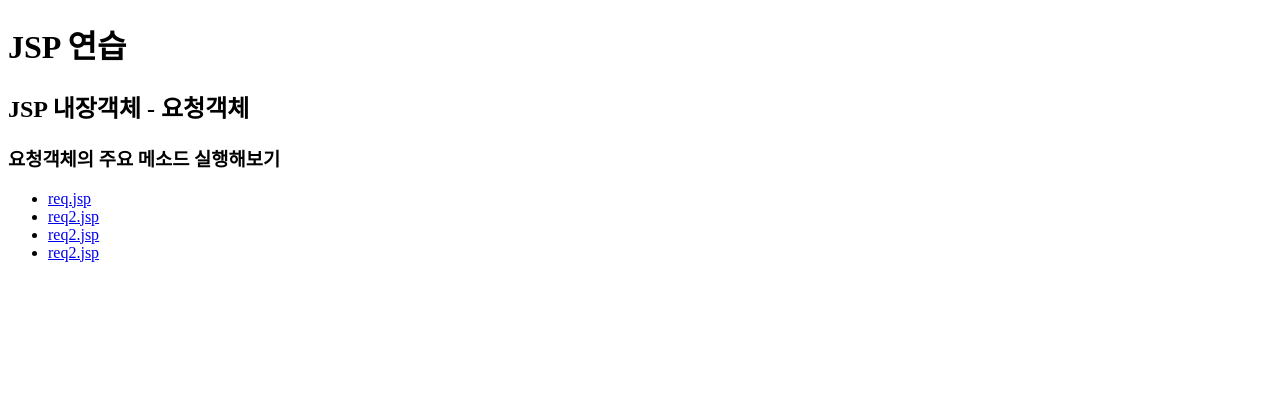
Repository: qwer1227/Jsp_study
Page: http://localhost/app/home.jsp
These files come from the project's save history. The page is drawn as it stood at one moment and after the next save; the edit follows.
The browser window is 1280 px wide. The pictures show the whole page.
The page is served by Tomcat 9.

Above is the page before, as saved 2024-08-07 00:45:14.

After the next save:
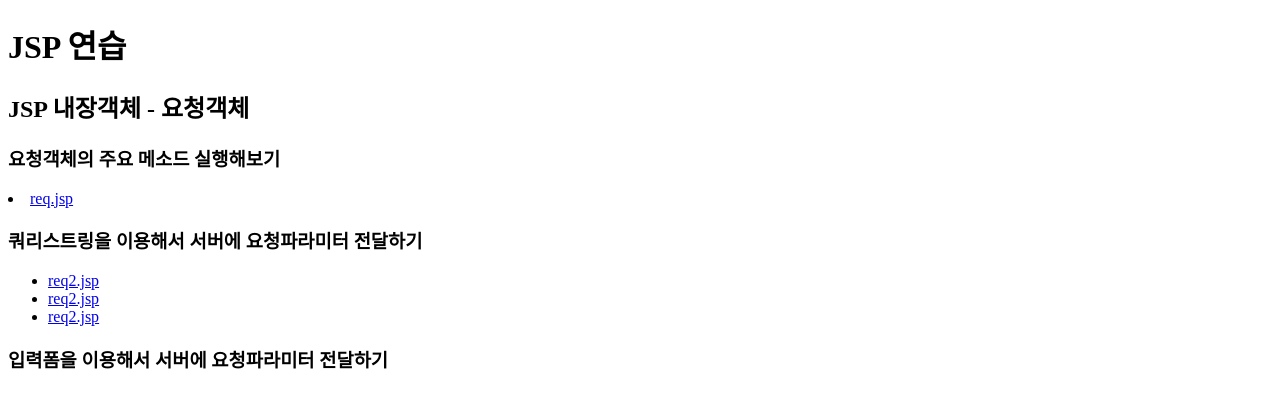
Saved 24 min 43 s later.
--- a/app/src/main/webapp/home.jsp
+++ b/app/src/main/webapp/home.jsp
@@ -11,12 +11,17 @@
 <H2>JSP 내장객체 - 요청객체</H2>
 
 <h3>요청객체의 주요 메소드 실행해보기</h3>
+<li><a href="req.jsp">req.jsp</a></li>
+<h3>쿼리스트링을 이용해서 서버에 요청파라미터 전달하기</h3>
 <ul>
-	<li><a href="req.jsp">req.jsp</a></li>
 	<li><a href="req2.jsp?opt=title&keyword=java">req2.jsp</a></li>
 	<li><a href="req2.jsp?opt=title&keyword=스프링">req2.jsp</a></li>
 	<li><a href="req2.jsp?opt=title&publisher=한빛출판사">req2.jsp</a></li>
+</ul>
 
-</ul>
+<h3>입력폼을 이용해서 서버에 요청파라미터 전달하기</h3>
+<form method="get" action="req2.jsp">
+
+</form>
 </body>
 </html>
